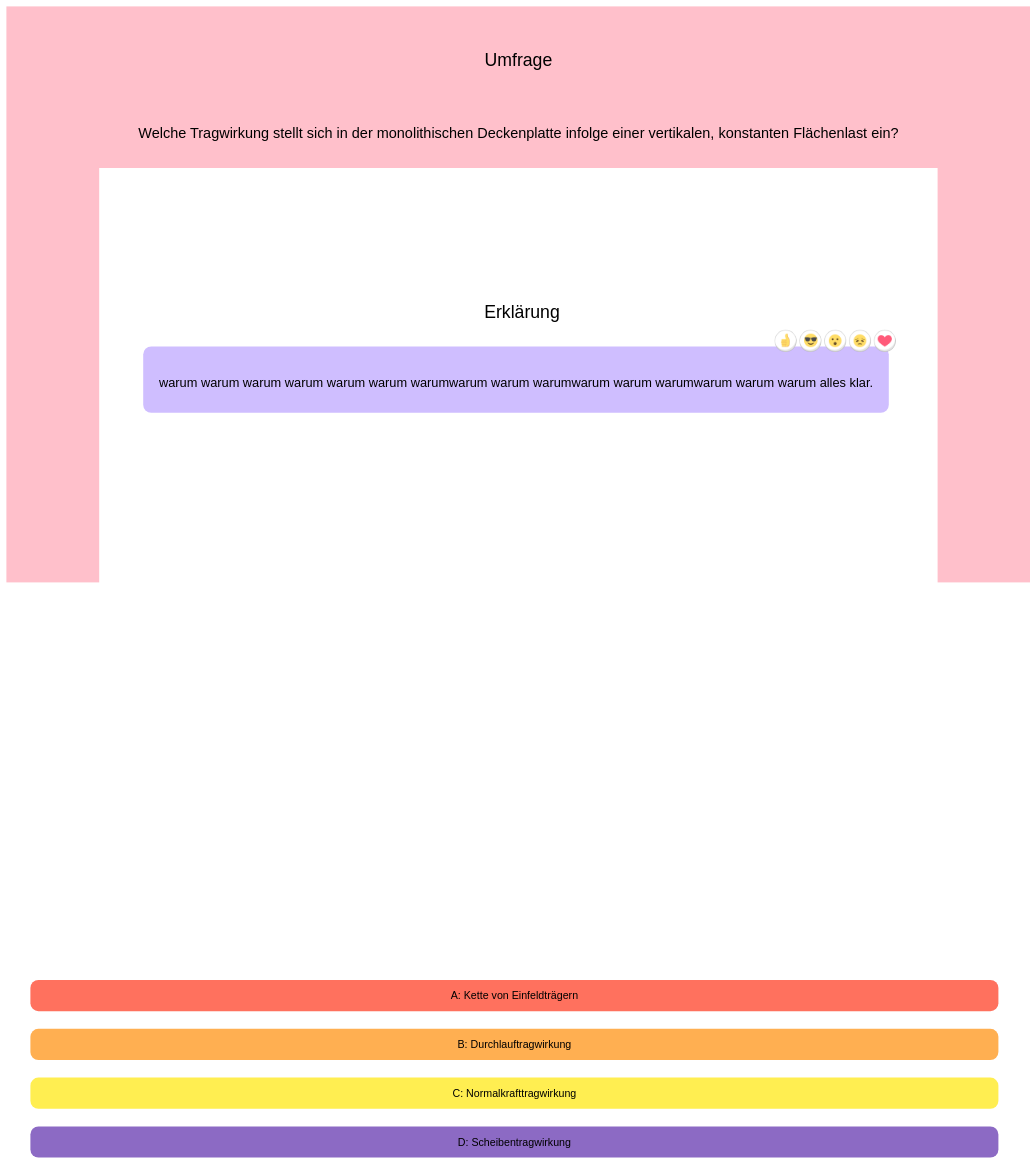
Repository: HyunraDate/Quinlan
Page: /Erklaerung
These files come from the project's save history. The page is drawn as it stood at one moment and after the next save; the edit follows.
The browser window is 1280 px wide. The page is 1288 px wide, so the pictures cover 1288 px, including what lies to the right of the window. The pictures show the whole page, at 80% of full size.
The project was rebuilt for these pictures with package versions that can differ from the ones it lists, and the page was loaded fresh each time. Also part of the build but not shown: vite.config.js, src/views/Ergebnis1.vue, src/views/Ergebnis2.vue.

Above is the page before, as saved 2023-07-25 14:40:06.

### index.html
<!DOCTYPE html>
<html lang="en">
  <head>
    <meta charset="UTF-8" />
    <link rel="icon" type="image/svg+xml" href="/vite.svg" />
    <meta name="viewport" content="width=device-width, initial-scale=1.0" />
    <title>Vite + Vue</title>
  </head>
  <body>
    <div id="app"></div>
    <script type="module" src="/src/main.js"></script>
    <script
    src="https://cdnjs.cloudflare.com/ajax/libs/echarts/5.4.1/echarts.min.js"
    integrity="sha512-OTbGFYPLe3jhy4bUwbB8nls0TFgz10kn0TLkmyA+l3FyivDs31zsXCjOis7YGDtE2Jsy0+fzW+3/OVoPVujPmQ=="
    crossorigin="anonymous"
    referrerpolicy="no-referrer">
    </script>

  </body>
</html>

### src/main.js
import { createApp } from 'vue'
// import './style.css'
import './utils/rem'
import App from './views/FragePage.vue'
import router from './router'
import * as echarts from 'echarts/core'

const app=createApp(App)//用const = 去挂载
app.use(router) //要先use哦
app.provide("ec", echarts);

// app.config.globalProperties.$axios = axios.create({
//     baseURL: 'http://localhost:8000', // 设置axios的基本URL
//     headers: {
//     // 设置axios请求的头部信息
//     }
// });

//createApp(app).mount('#app')
app.mount('#app')

### src/utils/rem.js
//rem等比适配配置文件
// 基准大小
const baseSize = 16
// 设置 rem 函数
function setRem () {
        // 当前页面宽度相对于 1920宽的缩放比例，可根据自己需要修改。
    const scale = document.documentElement.clientWidth / 1920
    // 设置页面根节点字体大小（“Math.min(scale, 2)” 指最高放大比例为2，可根据实际业务需求调整）
    document.documentElement.style.fontSize = baseSize * Math.min(scale, 2) + 'px'
    // 初始化
    setRem()
    // 改变窗口大小时重新设置
    rem.window.onresize = function () { setRem() }
}

### src/views/FragePage.vue
<!-- <template>
    <div>
    <div class="flex-col page">
        <div class="flex-col items-center">
          span class="font_1">Umfrage</span>
      <br/>

      <body onload="run()">
        wird in <span id="spanId" style="color:#FE9637">60</span>Sekunden springen!
      </body>
    </div>
</template> -->
<script>
// import { useStore } from '@store/index'
// //先引入useRouter
// import { useRouter } from 'vue-router'

// export default {
//   const store = useStore()
//   const router = useRouter()
//   //通过定义一个方法，使用Router进行跳转
//   const test =()=>
//   router.push()
// }

// import { useRouter , useRoute } from 'vue-router'

// setup(){
//     const $router=useRouter()
//     const $route=useRoute()

//     // 对象 $router.push()可以向history对象添加新记录
//     $router.push({ path: 'Ergebnis1' })
// }


// return {
//   store,
//   //这里暴露test方法
//   test
// }
// 页面一加载完成，该方法就会执行
// 读秒，一秒钟数字改变一次

// export default { 唔可以系setup度用
//   methods: {
//     scrollTo(target) {
//       const element = this.$refs[target];
//       element.scrollIntoView({ behavior: 'smooth' });
//     }
//   }
// }

var x = 60;
var select = "Step3.html";

function run(){
  // 获取到的是span标签的对象
  var span = document.getElementById("spanId");
  // 获取span标签中间的文本
  span.innerHTML = x;
  x--;
  // 再让run方法执行呢，一秒钟执行一次
  if(x < 0)window.location = select;
  else window.setTimeout("run()", 1000);

};

function test(click){
  select = click;
}

export default {
  data() {
    return {
      isDisabled: false,
      showButton: true,
    };
  },
  //Falls du die Btns nicht zeigen möchtest
  // beforeRouteEnter(to, from, next) {
  //   next(vm => {
  //     vm.showButton = false
  //   })
  // },
  // mounted() {
  //   // 在页面加载时显示按钮
  //   this.showButton = true;
  // },
  // beforeDestroy() {
  //   // 在页面销毁之前隐藏按钮
  //   this.showButton = false;
  // },

  methods:{
    option1:function(){
      console.log(this.$router);
      // this.$router.plus('/') 这里跳转不了欸
      //this.$router.push({path:"/"}) //传入对象 但也跳转不了欸 push!唔系plus啊死蠢！
      //this.showButton = false;

      //带参数
      this.$router.push({path:'/Ergebnis1'}) //成功跳转了！！okok!!
      //this.$router.push({name:"almond",params:{id:Chocolat}}) //传参 这里传不到欸 // 试一下传right
      },

      option2:function(){
        console.log(this.$router);
        //this.showButton = false; //hier zeigt die Button nicht mehr, wie du möchtest

        //带参数
        this.$router.push({path:'/Ergebnis2'}) //成功跳转了！！okok!!
        //如果要动态传参

        //this.$router.push({name:"Ergebnis2",params:{id:A}}) //传参 这里传不到欸 // 试一下传worong
      },

      onClick() {
        // 在点击事件监听器中禁用按钮
        this.isDisabled = true;
        // 在每个按钮上使用 v-bind:disabled 指令，将其值绑定为 isDisabled，
        //当 isDisabled 为 true 时，按钮将被禁用。
        console.log("Button clicked")
      },
  },


}
</script>

<template>
<body >
<div>
  <!-- <div class="flex-col page"> </div>  太占位啦！-->
    <div class="flex flex-col items-center">
    <br/><br/><br/>
    <span class="font_1">Umfrage</span>
    <!--style="{
      margin: 0;
      font-size: 1.38rem;
      font-family: Inter;
      line-height: 1.63rem;
      color: #000000;
      font-family: 'Work Sans', sans-serif;
      text-align: center;
      }"-->
    <br/><br/>
    <!-- <br/><br/> -->
    <span class="text">
    Welche Tragwirkung stellt sich in der monolithischen Deckenplatte infolge einer vertikalen, konstanten
    Flächenlast ein?
    <br/>
    </span>
  <router-view/>

<!-- onload="run()" 这里加载不了 这个onload function欸-->
<!-- wird in <span id="spanId" style="color:#FE9637">60</span>Sekunden springen! -->
</div>



<!-- 要页面跳转了
1、 router-link: <router-link to='/testDemo'>
                <button>点击跳转2</button>
                </router-link>

2、 this.$router.push('/a')
3、 get params ->  console.log(this.$route.params.a); -->
<div class="flex-col group space-y-22">

  <!-- <router-link to="Ergebnis2"><button class="flex-col justify-start items-center text-wrapper " type="submit">A: Kette von Einfeldträgern</button></router-link> -->
  <!-- <button class="flex-col justify-start items-center text-wrapper " type="submit" a href="Step3.html">A: Kette von Einfeldträgern</button> -->


  <!-- <router-link to="Ergebnis1"><button class="flex-col justify-start items-center text-wrapper_2 " type="submit">B: Durchlauftragwirkung</button></router-link> -->

  <!-- <router-link to="Ergebnis2"><button class="flex-col justify-start items-center text-wrapper_3" type="button">C: Normalkrafttragwirkung</button>
  </router-link> -->
<button v-on:click="onClick" :disabled="isDisabled" v-if="showButton" id ="A" class="flex-col justify-start items-center text-wrapper " type="submit" @click="option2">A: Kette von Einfeldträgern</button>

<button v-on:click="onClick" :disabled="isDisabled" v-if="showButton" id ="B" class="flex-col justify-start items-center text-wrapper_2" type="button" @click="option1">B: Durchlauftragwirkung</button>

<button v-on:click="onClick" :disabled="isDisabled" v-if="showButton" id ="C" class="flex-col justify-start items-center text-wrapper_3" type="button" @click="option2">C: Normalkrafttragwirkung</button>

<button v-on:click="onClick" :disabled="isDisabled" v-if="showButton" id ="D" class="flex-col justify-start items-center text-wrapper_4" type="button" @click="option2">D: Scheibentragwirkung</button>
</div>
</div>

</body>
</template>

<style scoped>
@import url("../css/halloween.css"); /*src = . */
/* .font_1{ /* didnt work
  position: center;
  } */

/*
使用深度选择器来写使样式生效。
有两种写法：

.a >>> .b {}
.a /deep/ .b
当你子组件使用了 scoped 但在父组件又想修改子组件的样式可以 通过 >>> 来实现：

<style scoped>
.a >>> .b { /* ...


将会编译成
.a[data-v-f3f3eg9] .b {
  /* ... */

</style>

### src/css/halloween.css
/* 语法 @media mediaType and|not|only (media feature) {
  /*CSS-Code;*/
  /* 3、css中的vh和vm
  vh和vm是相对视口区域的宽高，即浏览器可视区域

  vw：1vw等于视口宽度的1%。
  vh：1vh等于视口高度的1%。

  使用场景：页面头部和尾部固定，中间内容若高度超出，则出现滚动条，但是整个页面不出现滚动条，
  在此情况下就要计算中间内容的高度，可以使用vh解决 */

  /* :root { why didnt work??
  font-family: 'Work Sans', sans-serif;
  line-height: 1.5;
  font-weight: 400;

  color-scheme: light dark;
  color: rgba(255, 255, 255, 0.87);
  background-color: #242424;

  font-synthesis: none;
  text-rendering: optimizeLegibility;
  -webkit-font-smoothing: antialiased;
  -moz-osx-font-smoothing: grayscale;
  -webkit-text-size-adjust: 100%;
  } */

  /* // 最大宽度为1280 （width-max: 1280）*/
@media (width: 100vw) {
  html {
    font-size: 1.88rem;
    font-weight: 500;
    font-family: 'Work Sans', sans-serif;
  }

  body {
    background: pink;
    height:100vh;
    margin: 0;
    -webkit-font-smoothing: antialiased;
    -moz-osx-font-smoothing: grayscale;

  }

  body * {
    box-sizing: border-box;
    flex-shrink: 0;
  }

  button {
    border-width: 0px;
    border-radius: 0.63rem;
  }
  button:hover{
    border:2px solid #FE9637;
    box-shadow:rgba(251, 161, 72, 0.66) 0 0 5px;
    transition:all .2s;
  }
  .flex-row {
    display: flex;
    flex-direction: row;
  }

  .flex-col {
    display: flex;
    flex-direction: column;
  }

  .justify-start {
    justify-content: flex-start;
  }

  .justify-end {
    justify-content: flex-end;
  }

  .justify-center {
    justify-content: center;
  }

  .justify-between {
    justify-content: space-between;
  }

  .justify-around {
    justify-content: space-around;
  }

  .justify-evenly {
    justify-content: space-evenly;
  }

  .items-start {
    align-items: flex-start;
  }

  .items-end {
    align-items: flex-end;
  }

  .items-center {
    align-items: center;
  }

  .items-baseline {
    align-items: baseline;
  }

  .items-stretch {
    align-items: stretch;
  }

  .self-start {
    align-self: flex-start;
  }

  .self-end {
    align-self: flex-end;
  }

  .self-center {
    align-self: center;
  }

  .self-baseline {
    align-self: baseline;
  }

  .self-stretch {
    align-self: stretch;
  }

  .flex-1 {
    flex: 1 1 0%;
  }

  .flex-auto {
    flex: 1 1 auto;
  }

  .grow {
    flex-grow: 1;
  }

  .grow-0 {
    flex-grow: 0;
  }

  .shrink {
    flex-shrink: 1;
  }

  .shrink-0 {
    flex-shrink: 0;
  }

  .relative {
    position: relative;
  }

  /* .page {
    padding: 8.63rem 3.38rem 16.31rem 4rem;
    background-color: #ffffff;
    width: 100%;
    overflow-y: auto;
    overflow-x: hidden;
    height: 100%;
  } */
  .font_1 {
    font-size: 3.38rem;
    font-family: Inter;
    line-height: 1.63rem;
    color: #000000;
    font-family: 'Work Sans', sans-serif;
    text-align: center;
  }

  .text {
    margin: 2rem;
    color: #000000;
    font-size: 1.13rem;
    font-family: Inter;
    line-height: 1.38rem;
    text-align: center;
    font-family: 'Work Sans', sans-serif;
  }
  .group {
    margin-top: 8.25rem;
    padding: 0 1.88rem;
  }
  .space-y-22 > *:not(:first-child) {
    margin-top: 1.38rem;
  }
  .text-wrapper {
    margin-right: 0.63rem;
    padding: 0.75rem 0;
    background-color: #FF715E;
  }
  .font_2 {
    font-size: 1rem;
    font-family: Inter;
    line-height: 0.97rem;
    color: #000000;
    font-family: 'Work Sans', sans-serif;
  }
  .text-wrapper_2 {
    margin-right: 0.63rem;
    padding: 0.75rem 0;
    background-color: #ffaf51;
    outline: none;
  }
  .text-wrapper_3 {
    margin-right: 0.63rem;
    padding: 0.75rem 0;
    background-color: #FFEE51;
  }
  .text-wrapper_4 {
    margin-right: 0.63rem;
    padding: 0.75rem 0;
    background-color: #8C6AC4;
  }
}
/* // 200px为头部加尾部高度 */


  /* // 宽度为1281-1366之间
@media (min-width: 1281px) and (max-width: 1366px) {
  body {
    background: red;
  }
}

/* // 最小宽度为1441  */
/* @media (min-width: 1441px) {
  body {
    background: green;
  }
} */


html {
  font-size: 1.88rem;
  font-weight: 500;
  font-family: 'Work Sans', sans-serif;
}

body {
  margin: 0;
  -webkit-font-smoothing: antialiased;
  -moz-osx-font-smoothing: grayscale;
  width: 100vw;
  height: 100vh;
}

body * {
  box-sizing: border-box;
  flex-shrink: 0;
}

button {
  border-width: 0px;
  border-radius: 0.63rem;
}
button:hover{
  border:2px solid #FE9637;
  box-shadow:rgba(251, 161, 72, 0.66) 0 0 5px;
  transition:all .2s;
}
.flex-row {
  display: flex;
  flex-direction: row;
}

.flex-col {
  display: flex;
  flex-direction: column;
}

.justify-start {
  justify-content: flex-start;
}

.justify-end {
  justify-content: flex-end;
}

.justify-center {
  justify-content: center;
}

.justify-between {
  justify-content: space-between;
}

.justify-around {
  justify-content: space-around;
}

.justify-evenly {
  justify-content: space-evenly;
}

.items-start {
  align-items: flex-start;
}

.items-end {
  align-items: flex-end;
}

.items-center {
  align-items: center;
}

.items-baseline {
  align-items: baseline;
}

.items-stretch {
  align-items: stretch;
}

.self-start {
  align-self: flex-start;
}

.self-end {
  align-self: flex-end;
}

.self-center {
  align-self: center;
}

.self-baseline {
  align-self: baseline;
}

.self-stretch {
  align-self: stretch;
}

.flex-1 {
  flex: 1 1 0%;
}

.flex-auto {
  flex: 1 1 auto;
}

.grow {
  flex-grow: 1;
}

.grow-0 {
  flex-grow: 0;
}

.shrink {
  flex-shrink: 1;
}

.shrink-0 {
  flex-shrink: 0;
}

.relative {
  position: relative;
}

.page {
  padding: 8.63rem 3.38rem 16.31rem 4rem;
  background-color: #ffffff;
  width: 100%;
  overflow-y: auto;
  overflow-x: hidden;
  height: 100%;
}
.font_1 {
  font-size: 1.38rem;
  font-family: Inter;
  line-height: 1.63rem;
  color: #000000;
  font-family: 'Work Sans', sans-serif;
}
.text {
  margin-top: 2rem;
  color: #000000;
  font-size: 1.13rem;
  font-family: Inter;
  line-height: 1.38rem;
  text-align: center;
  font-family: 'Work Sans', sans-serif;

}
.group {
  margin-top: 8.25rem;
  padding: 0 1.88rem;
}
.space-y-22 > *:not(:first-child) {
  margin-top: 1.38rem;
}
.text-wrapper {
  margin-right: 0.63rem;
  padding: 0.75rem 0;
  background-color: #FF715E;
}
.font_2 {
  font-size: 1rem;
  font-family: Inter;
  line-height: 0.97rem;
  color: #000000;
  font-family: 'Work Sans', sans-serif;
}
.text-wrapper_2 {
  margin-right: 0.63rem;
  padding: 0.75rem 0;
  background-color: #ffaf51;
  outline: none;
}
.text-wrapper_3 {
  margin-right: 0.63rem;
  padding: 0.75rem 0;
  background-color: #FFEE51;
}
.text-wrapper_4 {
  margin-right: 0.63rem;
  padding: 0.75rem 0;
  background-color: #8C6AC4;
}

### src/views/Erklaerung.vue
<template>
    <html lang="en">
  <!-- <head>
    <meta charset="UTF-8" />
    <meta http-equiv="X-UA-Compatible" content="IE=edge" />
    <meta name="viewport" content="width=device-width, initial-scale=1.0" />
    <title>codefun</title>
    <link rel="stylesheet" href="./Step4.css" />
    <script type="text/javascript" src="./Step4.js"></script>
  </head> -->
  <body>
    <div class="flex-col page space-y-10">
      <span class="self-center text">Erklärung</span>
      <div class="flex-col justify-start relative group">
        <div class="flex-col justify-start items-start text-wrapper">
          <span class="text_2">
            warum warum warum warum warum warum warumwarum warum warumwarum warum warumwarum warum warum alles klar.
          </span>
        </div>
        <img
          class="image pos_3"
          src="../images/surprise.png"
        />
        <img
          class="image pos_2"
          src="../images/cool.png"
        />
        <img
          class="image pos"
          src="../images/like.png"
        />
        <img
          class="image pos_5"
          src="../images/heart.png"
        />
        <img
          class="image pos_4"
          src="../images/sad.png"
        />
      </div>
      <!--<img
        class="self-end image_2"
        src="https://codefun-proj-user-res-1256085488.cos.ap-guangzhou.myqcloud.com/63986c125a7e3f0310fdabbc/63986c59717ee30011312a06/16709407860648366536.png"
      /> -->
    </div>
  </body>
</html>
</template>

<style scoped>
@import url("../css/Step4.css");
</style>

### src/css/Step4.css
/************************************************************
** 请将全局样式拷贝到项目的全局 CSS 文件或者当前页面的顶部 **
** 否则页面将无法正常显示                                  **
************************************************************/

html {
    font-size: 16px;
  }

  body {
    margin: 0;
    font-family: 'Work Sans', sans-serif;
    -webkit-font-smoothing: antialiased;
    -moz-osx-font-smoothing: grayscale;
    width: 100vw;
    height: 100vh;
  }

  body * {
    box-sizing: border-box;
    flex-shrink: 0;
  }

  .flex-row {
    display: flex;
    flex-direction: row;
  }

  .flex-col {
    display: flex;
    flex-direction: column;
  }

  .justify-start {
    justify-content: flex-start;
  }

  .justify-end {
    justify-content: flex-end;
  }

  .justify-center {
    justify-content: center;
  }

  .justify-between {
    justify-content: space-between;
  }

  .justify-around {
    justify-content: space-around;
  }

  .justify-evenly {
    justify-content: space-evenly;
  }

  .items-start {
    align-items: flex-start;
  }

  .items-end {
    align-items: flex-end;
  }

  .items-center {
    align-items: center;
  }

  .items-baseline {
    align-items: baseline;
  }

  .items-stretch {
    align-items: stretch;
  }

  .self-start {
    align-self: flex-start;
  }

  .self-end {
    align-self: flex-end;
  }

  .self-center {
    align-self: center;
  }

  .self-baseline {
    align-self: baseline;
  }

  .self-stretch {
    align-self: stretch;
  }

  .flex-1 {
    flex: 1 1 0%;
  }

  .flex-auto {
    flex: 1 1 auto;
  }

  .grow {
    flex-grow: 1;
  }

  .grow-0 {
    flex-grow: 0;
  }

  .shrink {
    flex-shrink: 1;
  }

  .shrink-0 {
    flex-shrink: 0;
  }

  .relative {
    position: relative;
  }

  .page {
    padding: 10.63rem 2.88rem 32.69rem 3.44rem;
    background-color: #ffffff;
    width: 100%;
    overflow-y: auto;
    overflow-x: hidden;
    height: 100%;
  }
  .space-y-10 > *:not(:first-child) {
    margin-top: 0.63rem;
  }
  .text {
    color: #000000;
    font-size: 1.38rem;
    font-family: Inter;
    line-height: 1.34rem;
    font-family: 'Work Sans', sans-serif;
  }
  .group {
    padding-top: 1.31rem;
    height: 9.88rem;
  }
  .text-wrapper {
    margin-right: 0.94rem;
    padding: 2.25rem 0 1.75rem;
    background-color: #cfbeff;
    border-radius: 0.63rem;
  }
  .text_2 {
    margin: 0 1.25rem;
    color: #000000;
    font-size: 1rem;
    font-family: Inter;
    line-height: 1.19rem;
    font-family: 'Work Sans', sans-serif;
  }
  .image {
    width: 1.75rem;
    height: 1.75rem;
  }
  .pos_3 {
    position: absolute;
    right: 4.25rem;
    top: 0;
    border-radius: 50%;
    border:none;
    }

  .pos_3:hover{
    border:2px solid #FE9637;
    box-shadow:rgba(251, 161, 72, 0.66) 0 0 5px;
    transition:all .2s;
    }

  .pos_2 {
    position: absolute;
    right: 6.19rem;
    top: 0;
    border-radius: 50%;
    border:none;
    }

  .pos_2:hover{
    border:2px solid #FE9637;
    box-shadow:rgba(251, 161, 72, 0.66) 0 0 5px;
    transition:all .2s;
    }

  .pos {
    position: absolute;
    right: 8.13rem;
    top: 0;
    border-radius: 50%;
    border:none;
    }

  .pos:hover{
    border:2px solid #FE9637;
    box-shadow:rgba(251, 161, 72, 0.66) 0 0 5px;
    transition:all .2s;
    }

  .pos_5 {
    position: absolute;
    right: 0.38rem;
    top: 0;
    border-radius: 50%;
    border:none;
    }

  .pos_5:hover{
    border:2px solid #FE9637;
    box-shadow:rgba(251, 161, 72, 0.66) 0 0 5px;
    transition:all .2s;
    }

  .pos_4 {
    position: absolute;
    right: 2.31rem;
    top: 0;
    border-radius: 50%;
    border:none;
    }

  .pos_4:hover{
    border:2px solid #FE9637;
    box-shadow:rgba(251, 161, 72, 0.66) 0 0 5px;
    transition:all .2s;
    }

  .image_2 {
    width: 6.31rem;
    height: 2.19rem;
    margin-top: 0.63rem;
  }

Loaded but not shown: src/router/index.js (136 lines, source omitted)

After the next save:
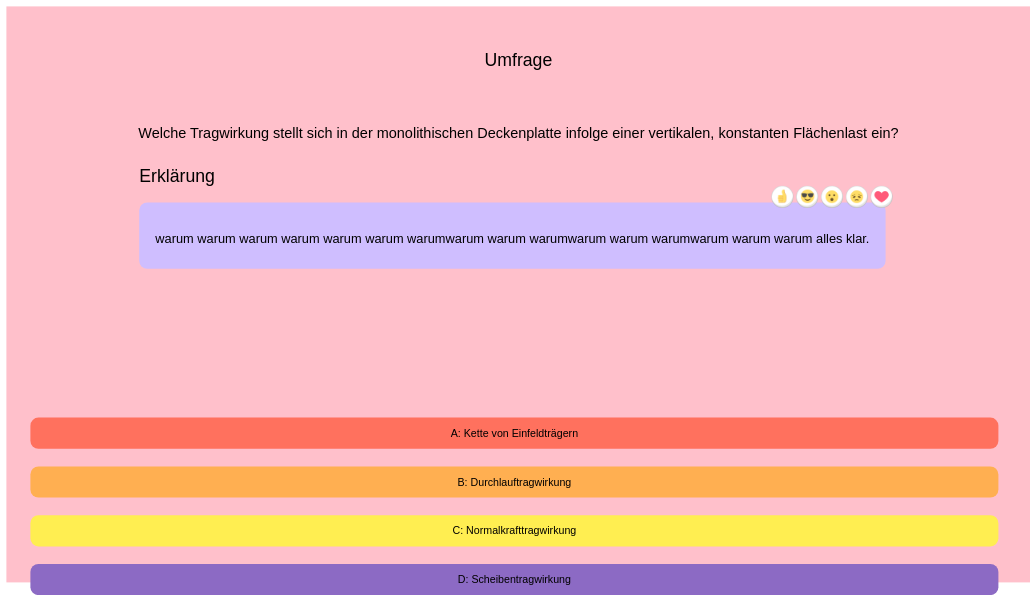
Saved 75 s later.
--- a/src/views/Erklaerung.vue
+++ b/src/views/Erklaerung.vue
@@ -9,7 +9,7 @@
     <script type="text/javascript" src="./Step4.js"></script>
   </head> -->
   <body>
-    <div class="flex-col page space-y-10">
+    <!-- <div class="flex-col page space-y-10"> -->
       <span class="self-center text">Erklärung</span>
       <div class="flex-col justify-start relative group">
         <div class="flex-col justify-start items-start text-wrapper">
@@ -37,7 +37,7 @@
           class="image pos_4"
           src="../images/sad.png"
         />
-      </div>
+      <!-- </div> -->
       <!--<img
         class="self-end image_2"
         src="https://codefun-proj-user-res-1256085488.cos.ap-guangzhou.myqcloud.com/63986c125a7e3f0310fdabbc/63986c59717ee30011312a06/16709407860648366536.png"

After the save that followed:
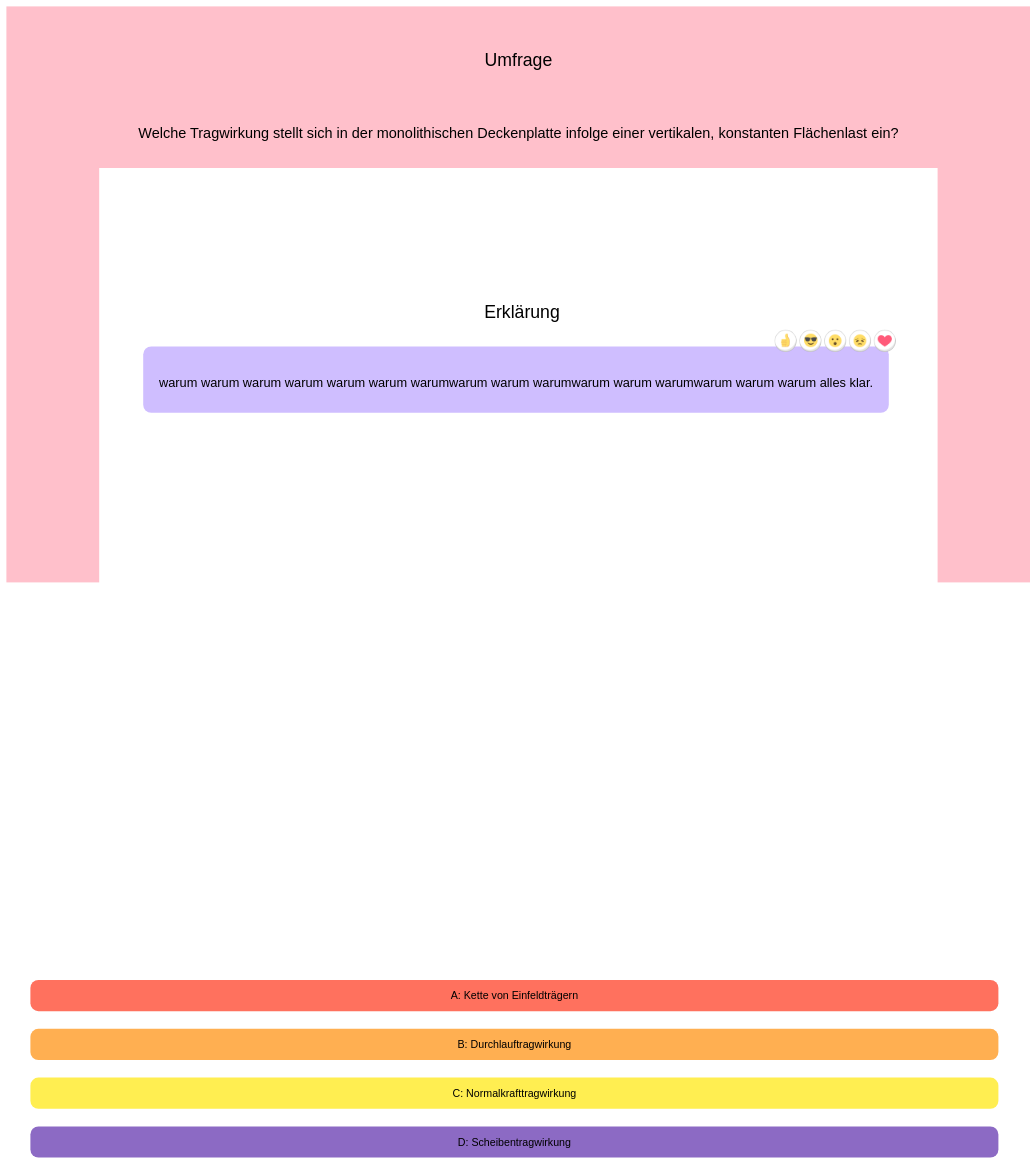
Saved 18 s later.
--- a/src/views/Erklaerung.vue
+++ b/src/views/Erklaerung.vue
@@ -9,7 +9,7 @@
     <script type="text/javascript" src="./Step4.js"></script>
   </head> -->
   <body>
-    <!-- <div class="flex-col page space-y-10"> -->
+    <div class="flex-col page space-y-10">
       <span class="self-center text">Erklärung</span>
       <div class="flex-col justify-start relative group">
         <div class="flex-col justify-start items-start text-wrapper">
@@ -37,7 +37,7 @@
           class="image pos_4"
           src="../images/sad.png"
         />
-      <!-- </div> -->
+      </div>
       <!--<img
         class="self-end image_2"
         src="https://codefun-proj-user-res-1256085488.cos.ap-guangzhou.myqcloud.com/63986c125a7e3f0310fdabbc/63986c59717ee30011312a06/16709407860648366536.png"
